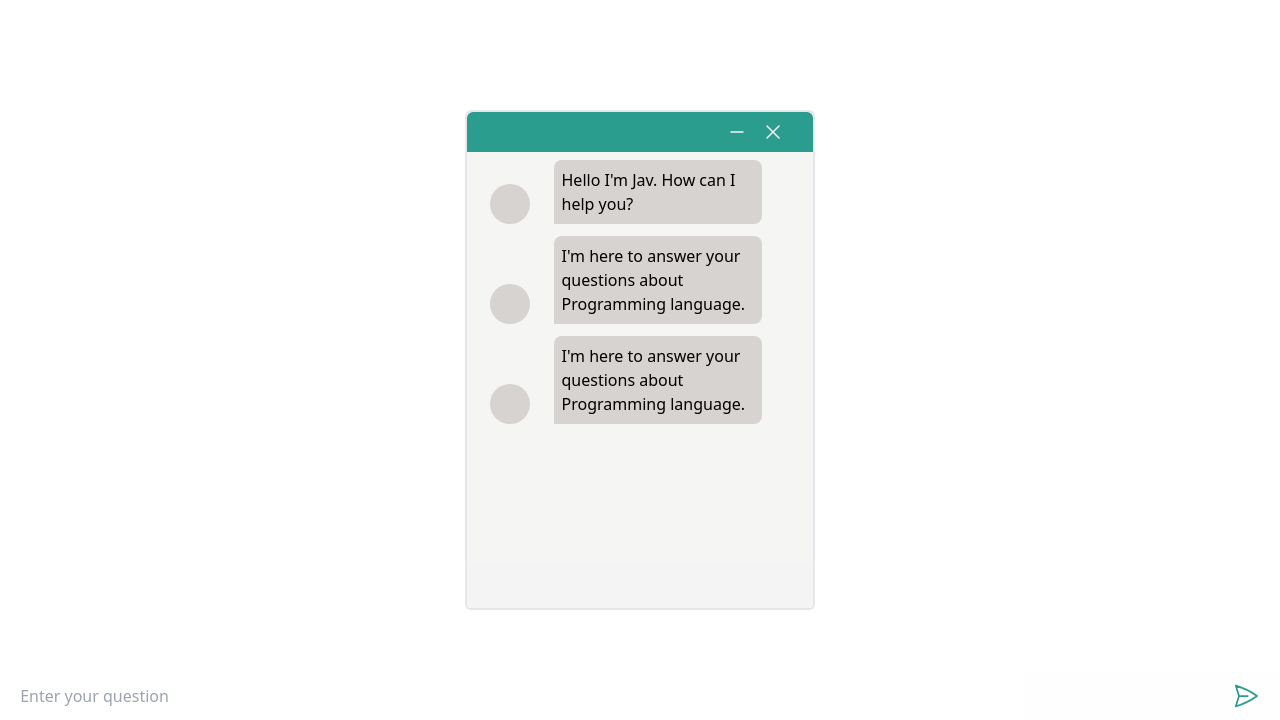
Repository: hsumyatm7308/Chatbot
Page: index.html
An editor plug-in stored every save of this project. The page is shown before and after the next save, followed by the edit.
The browser window is 1280 px wide. The pictures show the whole page.
Some web libraries are served in a nearby version.

Above is the page before, as saved 2023-07-09 11:39:15.

### index.html
<!DOCTYPE html>
<html>

<head>
    <title>Chat Bot</title>
    <script src="https://cdn.tailwindcss.com"></script>
</head>

<body class="bg-[#fffff]">

    <div class="w-screen h-screen flex justify-center items-center  container">
        <div class="w-[350px] h-[500px] bg-[#f4f4f4] border-2 border-b-stone-200 rounded-md relative chatbot-container">
            <div
                class="w-full h-10 text-[#f4f4f4] bg-[#2a9d8f] rounded-tl-md rounded-tr-md flex justify-end items-center">
                <svg xmlns="http://www.w3.org/2000/svg" fill="none" viewBox="0 0 24 24" stroke-width="1.5"
                    stroke="currentColor" class="w-6 h-6 mr-3">
                    <path stroke-linecap="round" stroke-linejoin="round" d="M18 12H6" />
                </svg>

                <svg xmlns="http://www.w3.org/2000/svg" fill="none" viewBox="0 0 24 24" stroke-width="1.5"
                    stroke="currentColor" class="w-6 h-6 mr-7">
                    <path stroke-linecap="round" stroke-linejoin="round" d="M6 18L18 6M6 6l12 12" />
                </svg>

            </div>

            <div class="w-full h-[410px] bg-stone-100 overflow-y-scroll">
                <div class="w-full grid grid-cols-4 flex profile-side mt-2 mb-3">
                    <div class="w-full h-auto flex justify-center items-end">
                        <div class="w-10 h-10 rounded-full bg-stone-300">

                        </div>
                    </div>
                    <div class=" col-span-3">
                        <div class="w-full h-auto ">
                            <div class="w-52 h-full bg-stone-300 rounded-lg rounded-bl-none p-2">
                                <span>Hello I'm Jav. How can I help you?</span>
                            </div>
                        </div>
                    </div>
                </div>


                <div class="w-full grid grid-cols-4 flex profile-side mt-2 mb-3">
                    <div class="w-full h-auto flex justify-center items-end">
                        <div class="w-10 h-10 rounded-full bg-stone-300">

                        </div>
                    </div>
                    <div class=" col-span-3">
                        <div class="w-full h-auto ">
                            <div class="w-52 h-full bg-stone-300 rounded-lg rounded-bl-none p-2">
                                <span>I'm here to answer your questions about Programming language.</span>
                            </div>
                        </div>
                    </div>
                </div>



                <div class="w-full grid grid-cols-4 flex profile-side mt-2 mb-3">
                    <div class="w-full h-auto flex justify-center items-end">
                        <div class="w-10 h-10 rounded-full bg-stone-300">

                        </div>
                    </div>
                    <div class=" col-span-3">
                        <div class="w-full h-auto ">
                            <div class="w-52 h-full bg-stone-300 rounded-lg rounded-bl-none p-2">
                                <span>I'm here to answer your questions about Programming language.</span>
                            </div>
                        </div>
                    </div>
                </div>


            </div>
        </div>

        <div class="w-full h-12 bg-red-100 absolute bottom-0 z-10">
            <form action="" class="w-full h-12 bg-[#fefefe] flex justify-between items-center">
                <input type="text" class="w-[80%] h-full  rounded-bl-md p-4" placeholder=" Enter your question">

                <button type="submit" class="mr-5">
                    <svg xmlns="http://www.w3.org/2000/svg" fill="none" viewBox="0 0 24 24" stroke-width="1.5"
                        stroke="currentColor" class="w-7 h-7 text-[#2a9d8f]">
                        <path stroke-linecap="round" stroke-linejoin="round"
                            d="M6 12L3.269 3.126A59.768 59.768 0 0121.485 12 59.77 59.77 0 013.27 20.876L5.999 12zm0 0h7.5" />
                    </svg>

                </button>
            </form>
        </div>
    </div>


</body>

</html>

After the next save:
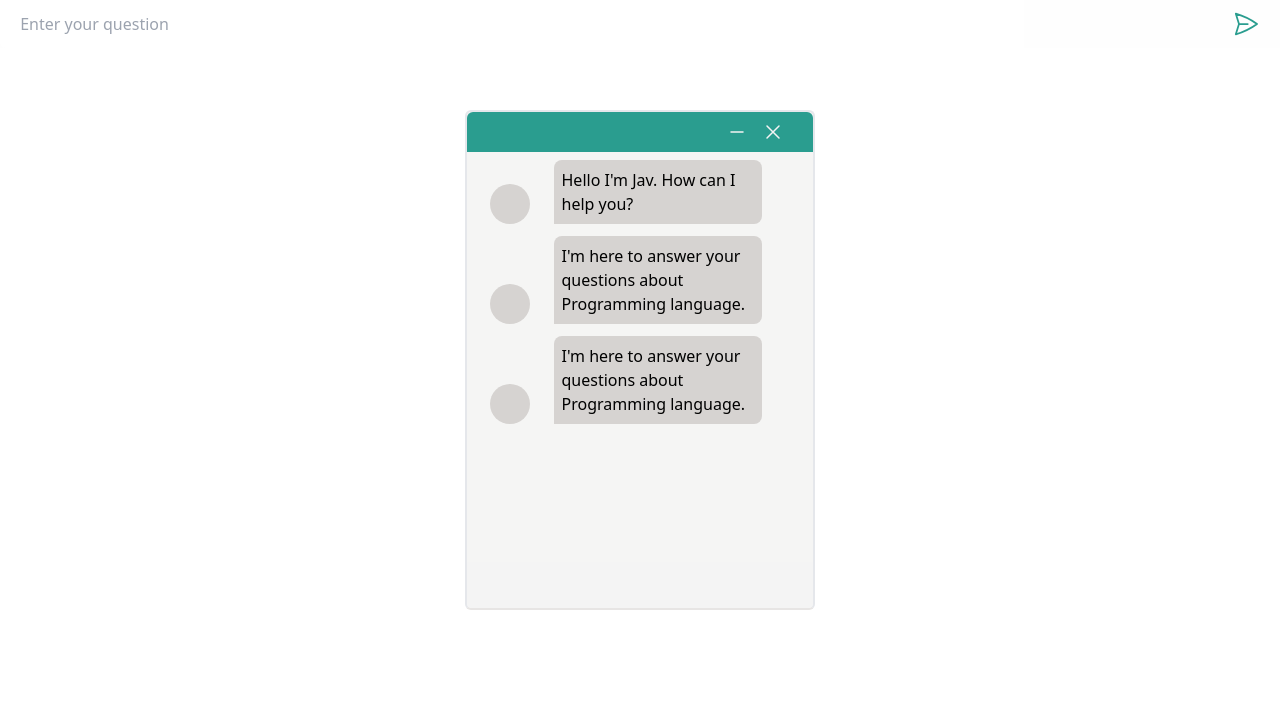
Saved 21 s later.
--- a/index.html
+++ b/index.html
@@ -77,7 +77,7 @@
             </div>
         </div>
 
-        <div class="w-full h-12 bg-red-100 absolute bottom-0 z-10">
+        <div class="w-full h-12 bg-red-100 absolute top-0 z-10">
             <form action="" class="w-full h-12 bg-[#fefefe] flex justify-between items-center">
                 <input type="text" class="w-[80%] h-full  rounded-bl-md p-4" placeholder=" Enter your question">
 

After the save that followed:
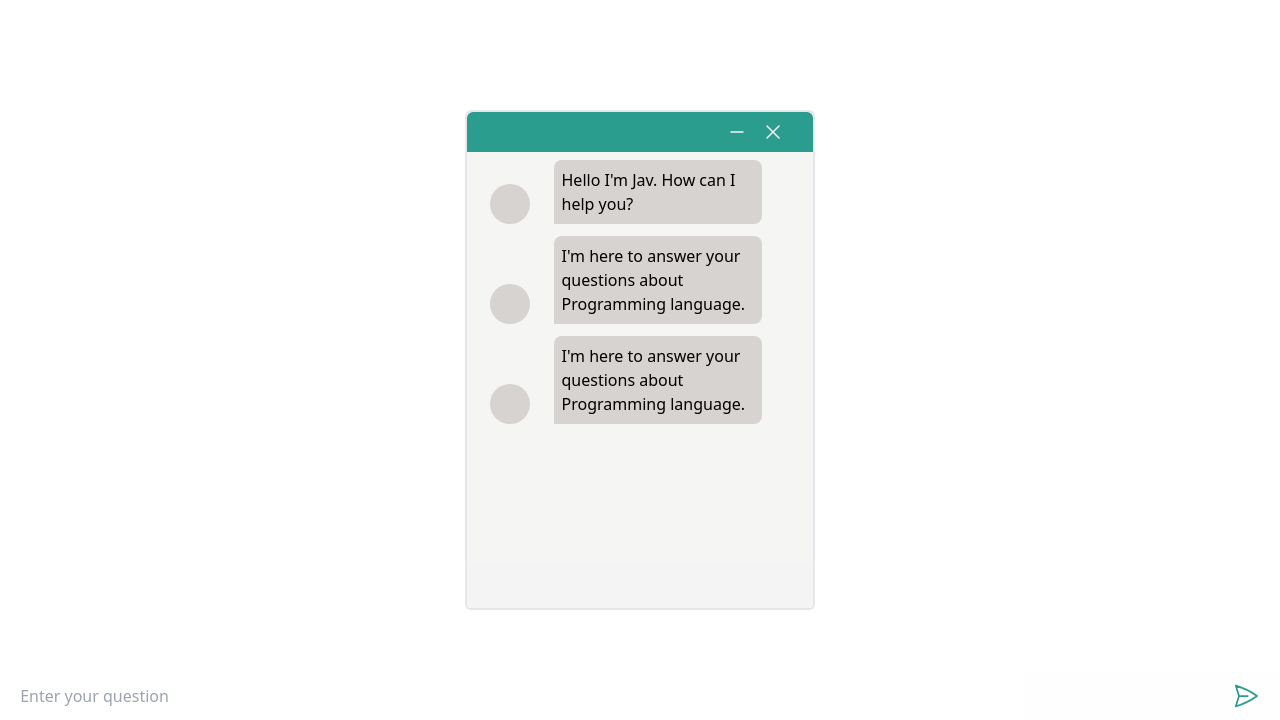
Saved 15 s later.
--- a/index.html
+++ b/index.html
@@ -77,7 +77,7 @@
             </div>
         </div>
 
-        <div class="w-full h-12 bg-red-100 absolute top-0 z-10">
+        <div class="w-full h-12 bg-red-100 absolute bottom-0 z-10">
             <form action="" class="w-full h-12 bg-[#fefefe] flex justify-between items-center">
                 <input type="text" class="w-[80%] h-full  rounded-bl-md p-4" placeholder=" Enter your question">
 
